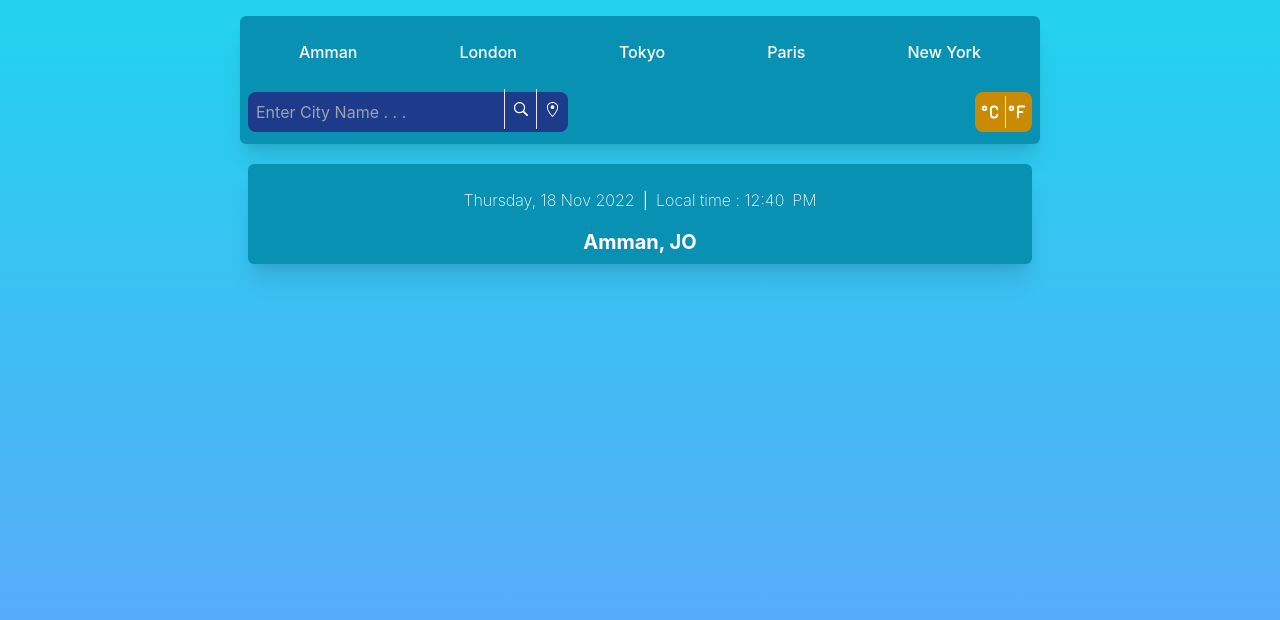
Repository: SaadYasin/next-js-forecast-tailwind
Page: /
These files come from the project's save history. The page is drawn as it stood at one moment and after the next save; the edit follows.
The browser window is 1280 px wide. The pictures show the whole page.
The project was rebuilt for these pictures with package versions that can differ from the ones it lists, and the page was loaded fresh each time. The framework's server and built-in components were replaced by stand-ins that run in the browser.

Above is the page before, as saved 2022-11-18 21:52:48.

### pages/index.js
import Head from 'next/head';
import TopButtons from '../components/TopButtons';
import Input from '../components/Input';
import MainCard from '../components/MainCard';

export default function Home() {
  return (
    <div>
      <Head>
        <title>Create Next App</title>
      </Head>
      <div className="bg-gradient-to-b from-cyan-400 to-blue-400 h-screen py-4">
        <div className="text-white w-[23rem] md:w-3/4 lg:w-[50rem] bg-cyan-600 h-32 mx-auto px-2 rounded-md shadow-xl">
          <TopButtons />

          <Input />

          <MainCard />
        </div>
      </div>
    </div>
  );
}

### styles/globals.css
@tailwind base;
@tailwind components;
@tailwind utilities;

* {
  padding: 0;
  margin: 0;
  box-sizing: border-box;
}

html,
body {
  font-family: -apple-system, BlinkMacSystemFont, Segoe UI, Roboto, Oxygen,
    Ubuntu, Cantarell, Fira Sans, Droid Sans, Helvetica Neue, sans-serif;
}

### components/TopButtons.js
const TopButtons = () => {

  const cities = [
    {
      id: 1,
      name: "Amman"
    },
    {
      id: 2,
      name: "London"
    },
    {
      id: 3,
      name: "Tokyo"
    },
    {
      id: 4,
      name: "Paris"
    },
    {
      id: 5,
      name: "New York"
    },
  ]

  return (
    <div className="flex items-center justify-around ">
      { cities.map((city) => (
        <button key={city.id} className="text-md font-medium my-6">{ city.name }</button>
      ))}
    </div>

  )
};

export default TopButtons;

### components/Input.js
import { GoSearch, GoLocation } from 'react-icons/go';
import { TbTemperatureCelsius, TbTemperatureFahrenheit } from 'react-icons/tb';

const Input = () => {

  return (
    <div className="flex items-center justify-between mt-1">
      <form className="flex items-center rounded-lg bg-blue-900 h-10">
        <input type="text" placeholder="Enter city name . . ." className="bg-transparent focus:outline-none pl-2 capitalize"/>

        <div>
        <button className="px-2 border-l h-10 transition ease-out hover:bg-yellow-600"><GoSearch size={15}/></button>
        <button className="px-2 border-l h-10 transition ease-out hover:bg-yellow-600"><GoLocation size={15}/></button>
        </div>

        </form>

        <div className="flex font-medium text-md bg-yellow-600 h-10 rounded-lg p-1">
        <button  name="metric" className="border-r pr-1"><TbTemperatureCelsius size={22} /></button>
        <button name="imperial" ><TbTemperatureFahrenheit size={22}/></button>
        </div>
    </div>

  )
}

export default Input;

### components/MainCard.js
import TimeAndDate from './TimeAndDate'
import Location from './Location';

const MainCard = () => {

  return (
    <div className="flex">

    <div className="text-white mx-auto w-[23rem] md:w-3/4 lg:w-[50rem] bg-cyan-600 h-max-content p-2 mt-8 rounded-md shadow-xl">
      <TimeAndDate />
      <Location />

      </div>
    </div>


  )
};

export default MainCard;

### components/TimeAndDate.js
const TimeAndDate = () => {
  return (
    <div className="flex justify-center gap-2 px-4 pt-4 text-md">
      <h3 className="font-extralight">Thursday, 18 Nov 2022</h3>
      <p>|</p>
      <h3 className="font-extralight">
        Local time : 12:40<span className="ml-2">PM</span>
      </h3>
    </div>
  );
};

export default TimeAndDate;

### components/Location.js
const Location = () => {

  return (
    <div>
      <h1 className="text-center mt-4 text-xl font-bold">Amman, JO</h1>
    </div>

  )
};

export default Location;

Loaded but not shown: pages/_app.js (common file); tailwind.config.js (common file)

After the next save:
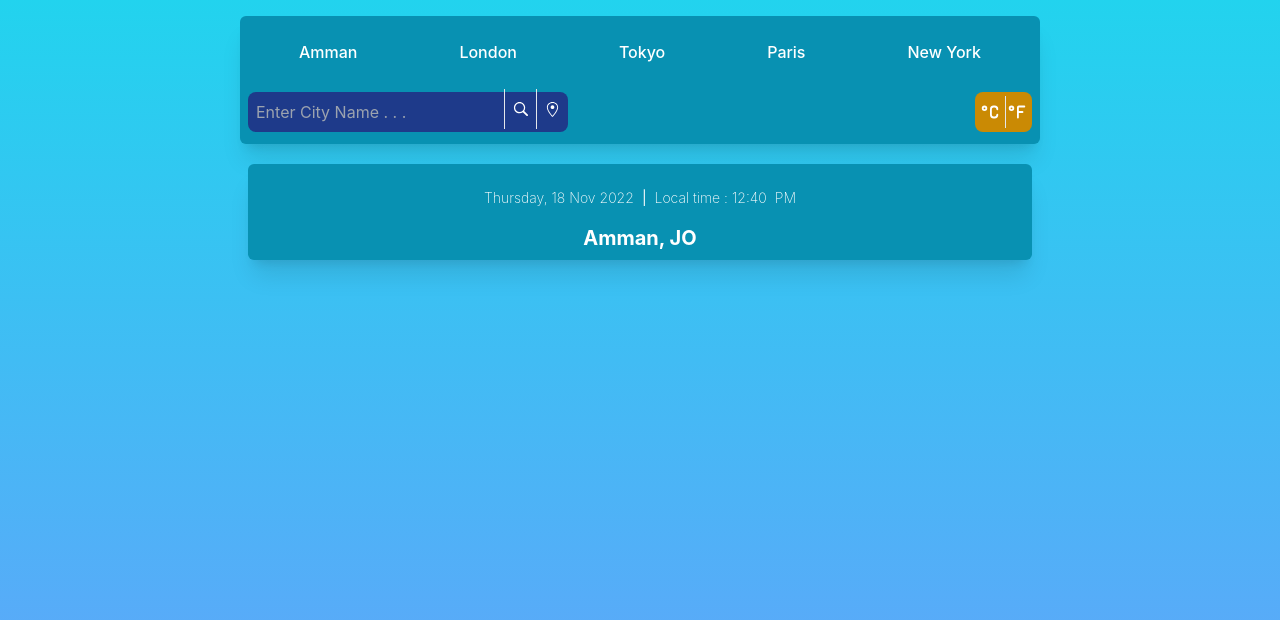
Saved 2 min 18 s later.
--- a/components/TimeAndDate.js
+++ b/components/TimeAndDate.js
@@ -1,6 +1,6 @@
 const TimeAndDate = () => {
   return (
-    <div className="flex justify-center gap-2 px-4 pt-4 text-md">
+    <div className="flex justify-center gap-2 px-4 pt-4 text-sm">
       <h3 className="font-extralight">Thursday, 18 Nov 2022</h3>
       <p>|</p>
       <h3 className="font-extralight">
